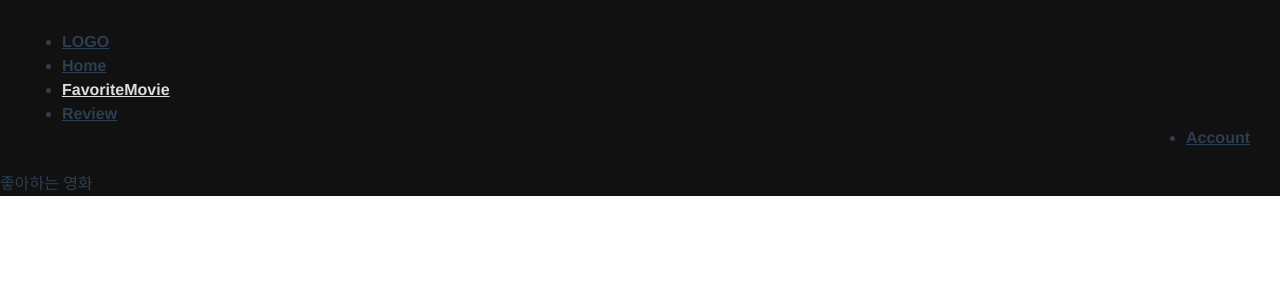
Repository: chomyoenggeun/linkedmovie
Page: /favorite-movie (app in front/)
An editor plug-in stored every save of this project. The page is shown before and after a run of saves, followed by the edit.
The browser window is 1280 px wide. The pictures show the whole page.
The project was rebuilt for these pictures with package versions that can differ from the ones it lists, and the page was loaded fresh each time. Also part of the build but not shown: front/vue.config.js, front/src/components/MovieCard.vue, front/src/views/Home.vue, front/src/views/accounts/Account.vue, front/src/views/accounts/Login.vue, front/src/views/accounts/Signup.vue, front/src/views/Mypage.vue, front/src/components/DmovieReviewItem.vue and 10 more.

Above is the page before, as saved 2021-11-24 05:17:08.

### front/src/main.js
import Vue from 'vue'
import App from './App.vue'
import router from './router'
import store from './store'
import vuetify from './plugins/vuetify'
import BootstrapVue from 'bootstrap-vue'
import 'bootstrap/dist/css/bootstrap.min.css'
import 'bootstrap-vue/dist/bootstrap-vue.css'

Vue.use(BootstrapVue)
Vue.config.productionTip = false

new Vue({
  router,
  store,
  vuetify,
  render: h => h(App)
}).$mount('#app')

### front/src/App.vue
<template>
  <div id="app">
    <div id="nav">
      <ul class="horizontal">
        <li><router-link class="active" to="/home">LOGO</router-link></li>
        <li><router-link class="active" to="/home">Home</router-link></li>
        <li><router-link class="active" to="/favorite-movie">FavoriteMovie</router-link></li>
        <li><router-link class="active" to="/review">Review</router-link></li>
        <li v-if="isLogin" class="rightli" style="float:right"><router-link class="menubt_right" to="/mypage"
        >Mypage</router-link></li>
        <li v-else class="rightli" style="float:right"><router-link class="menubt" to="/account">Account</router-link></li>
      </ul>
    </div>
    <router-view
    @login="isLogin=true"/>
  </div>
</template>

<script>
export default {
  name : 'App',
    data: function(){
    return {
      isLogin: false,
    }
  },
  created : function(){
    const token = localStorage.getItem('jwt')
    if(token){
      this.isLogin = true
    }
  },
  methods : {
    checkLogin: function(loginState){
      this.isLogin = loginState
    }
  }

}
</script>

<style>
#app {
  font-family: Avenir, Helvetica, Arial, sans-serif;
  -webkit-font-smoothing: antialiased;
  -moz-osx-font-smoothing: grayscale;
  /* text-align: center; */
  color: #2c3e50;
  background: #111111;
}

#nav {
  padding: 30px;
}

#nav a {
  font-weight: bold;
  color: #2c3e50;
}
/* .menubt{
  padding : 20px;
  background: #255ca3;
  list-style:none;
} */
.menubt:hover{
  background:#255ca3; margin:auto; position:relative; display:box;
}
.menubt_rigth{
  text-align: right;
}

#nav a.router-link-exact-active {
  color: #dddddd;
}

</style>

### front/src/router/index.js
import Vue from 'vue'
import VueRouter from 'vue-router'
import Home from '../views/Home.vue'
import Account from '../views/accounts/Account.vue'
import Login from '../views/accounts/Login.vue'
import Signup from '../views/accounts/Signup.vue'
import FavoriteMovie from '../views/FavoriteMovie.vue'
import Mypage from '../views/Mypage.vue'
import Movie from '../components/Movie.vue'
import Review from '../views/Review.vue'
import MovieReviewForm from '../components/MovieReviewForm.vue'
import MovieReviewCommunity from '../components/MovieReviewCommunity.vue'
// import MovieReviewCreate from '../components/MovieReviewCreate.vue'

Vue.use(VueRouter)

const routes = [
  {
    path: '/home',
    name: 'Home',
    component: Home
  },
  {
    path: '/favorite-movie',
    name: 'FavoriteMovie',
    component : FavoriteMovie
  },
  /////////////////////////////////
  //account//
  {
    path: '/account',
    name: 'Account',
    component : Account,
  },
  {
    path: '/account/login',
    name: 'Login',
    component : Login,
  },
  {
    path: '/account/signup',
    name: 'Signup',
    component : Signup,
  },
  //account//
  /////////////////////////////////
  {
    path: '/mypage',
    name: 'Mypage',
    component : Mypage,
  },
  {
    path: '/home/movie/:movieId',
    name: 'Movie',
    component : Movie
  },
///////////////////////////////////////////////////
//////////리뷰작성///////////
  {
    path: '/review',
    name: 'Review',
    component : Review
  },
  {
    path: '/review/create',
    name: 'MovieReviewForm',
    component : MovieReviewForm
  },
  {
    path: '/review/detail/:reviewId',
    name: 'MovieReviewCommunity',
    component: MovieReviewCommunity
  }
  ////////////////////////////////////////////////////////
  // {
  //   path: '/movie-review-create',
  //   name: 'MovieReviewCreate',
  //   component : MovieReviewCreate
  // },

]

const router = new VueRouter({
  mode: 'history',
  base: process.env.BASE_URL,
  routes
})

export default router

### front/src/store/index.js
import Vue from 'vue'
import Vuex from 'vuex'
import axios from 'axios'
import router from '../router'

Vue.use(Vuex)

export default new Vuex.Store({
  state: {
    movieCards: [],
    carosalCards : [],
    loginState : false,
    loginjwt : null,
    reviews: [],
    user : null,
    comments : [],
    moviereviews: [],
  },
  mutations: {
    // GET_LOGIN_USER: function(state,res){
    //   state.user = res

    // },
    LOAD_MOVIE_CARDS:function(state, results){
      state.movieCards = results
    },
    GET_REVIEWS:function(state, res){
      state.reviews = res
      // console.log(state.reviews)
    },
    GET_MOVIE_REVIEWS : function(state,res){
      state.moviereviews = res
    },
    CREATE_REVIEWS : function(state, res){
      state.reviews.push(res)
      // console.log(state.reviews)
    },
    UPDATE_REVIEW : function(state,reviewItem){
      state.reviews = state.reviews.map((review) => {
        if (review === reviewItem){
          return { ...review,
            title: reviewItem.titie,
            content: reviewItem.content,
            rank: reviewItem.rank
          }
        }
        return review
      })
    },
    DELETE_REVIEW : function(state, reviewItem){
      const index = state.reviews.indexOf(reviewItem)
      state.reviews.splice(index,1)
    },
    GET_COMMENTS : function(state,res){
      state.comments = res
    },
    CREATE_COMMENT : function(state, res){
      state.comments.push(res)
    },
    DELETE_COMMENT : function(state,commentItem){
      const index = state.comments.indexOf(commentItem)
      state.comments.splice(index, 1)
    }
  },
  actions: {
    // getLoginUser: function({commit},token){
    //   axios({
    //     method: 'get',
    //     url:'http://123.0.01:8000/account/api-token-auth/',
    //     headers: token,
    //   })
    //     .then(res =>{
    //       console.log(res)
    //       commit('GET_LOGIN_USER')
    //     })
    // },
    // 로그인 정보 보내기
    // Login: function(context){
    //   axios({
    //     method: 'post',
    //     url: 'http://127.0.0.1:8000/accounts/signup/',
    //     data: this.credentials
    //   })
    //     .then(()=>{
    //       console.log(context)
    //       context.commit('LOGIN',context)
    //       this.$router.push({name: 'Login'})
    //     })
    //     .catch(err =>{
    //       console.log(err)
    //     })
    // },
    // 영화 불러오기
    LoadMovieCards: function({commit},token){
      axios({
        method: 'get',
        url: 'http://127.0.0.1:8000/movies/',
        headers: token,
      })
        .then(res => {
          console.log(res.data)
          commit('LOAD_MOVIE_CARDS',res.data)
        })
    },
    LoadGenreData : function({commit},token){
      axios({
        method: 'get',
        url:`http://127.0.0.1:8000/movies/genres/`,
        headers: token,
      })
        .then(res =>{
          console.log(res.data)
          commit('LOAD_GENRE_DATA',res.data)
        })
    },
    // LikeMovie:function({commit},token){
    //   axios({
    //     method: 'put',
    //     url: 'http://127.0.0.1:8000/movies/',
    //     headers: token,
    //   })
    // },
    getReviews: function({commit},token){
      axios({
        method: 'get',
        url: `http://127.0.0.1:8000/community/`,
        headers: token,
      })
        .then(res => {
          // console.log(res.data)
          commit('GET_REVIEWS',res.data)
        })
        .catch(err => {
          console.log(err)
        })
    },
    createReviews: function({commit},object){
      axios({
        method: 'post',
        url:'http://127.0.0.1:8000/community/',
        headers: object.token,
        data: object.reviewItem,
      })
        .then(res => {
          console.log(res)
          commit('CREATE_REVIEWS')
          router.push({ name:'Review' })
          router.go()
        })
        .catch(err => {
          console.log(err)
        })
    },
    updateReview: function({commit},object){
      axios({
        method: 'PUT',
        url:`http://127.0.0.1:8000/community/${object.review_id}/`,
        data:object.reviewItem,
        headers: object.token
      })
        .then(() => {
          commit('UPDATE_REVIEW')
        })
        .catch(err => {
          console.log(err)
        })
    },
    deleteReview({commit},object){
      axios({
        method: 'DELETE',
        url:`http://127.0.0.1:8000/community/${object.review_id}/`,
        headers: object.token,

      })
        .then(res=>{
          console.log(res)
          commit('DELETE_REVIEW')
        })
        .catch(err =>{
          console.log(err)
        })
    },
    getComments({commit},object){
      axios({
        method: 'GET',
        url:`http://127.0.0.1:8000/community/${object.review_id}/comments/`,
        headers: object.token,

      })
        .then((res) => {
          // console.log(object.review_id)
          // console.log(res)
          commit('GET_COMMENTS',res.data)
        })
        .catch(err => {
          console.log(err)
        })
    },
    createComment({commit},object){
      axios({
        method: 'POST',
        url:`http://127.0.0.1:8000/community/${object.review_id}/comments/`,
        data: object.commentItem,
        headers: object.token,
      })
        .then((res) =>{
          commit('CREATE_COMMENT', res.data)
        })
        .catch(err =>{
          console.log(err)
        })
    },
    deleteComment({commit},object){
      axios({
        method:'DELETE',
        url: `http://127.0.0.1:8000/community/comments/${object.comment_id}/`,
        headers: object.token
      })
        .then((res)=>{
          console.log(res)
          commit('DELETE_COMMENT',res.data)
          router.go()
        })
        .catch(err =>{
          console.log(err)
        })
    },
    getMovieReviews({commit},object){
      axios({
        method: 'GET',
        url:`http://127.0.0.1:8000/movies/moviereviews/`,
        headers: object.token,
      })
        .then((res) => {
          // console.log(object.review_id)
          // console.log(res)
          commit('GET_MOVIE_REVIEWS',res.data)
        })
        .catch(err => {
          console.log(err)
        })
    }
  },

  modules: {
  }
})

### front/src/views/FavoriteMovie.vue
<template>
  <div>
    <div>좋아하는 영화</div>
  </div>
</template>

<script>
export default {

}
</script>

<style>

</style>

Loaded but not shown: front/public/index.html (common file); front/src/plugins/vuetify.js (common file)

After the next 2 saves:
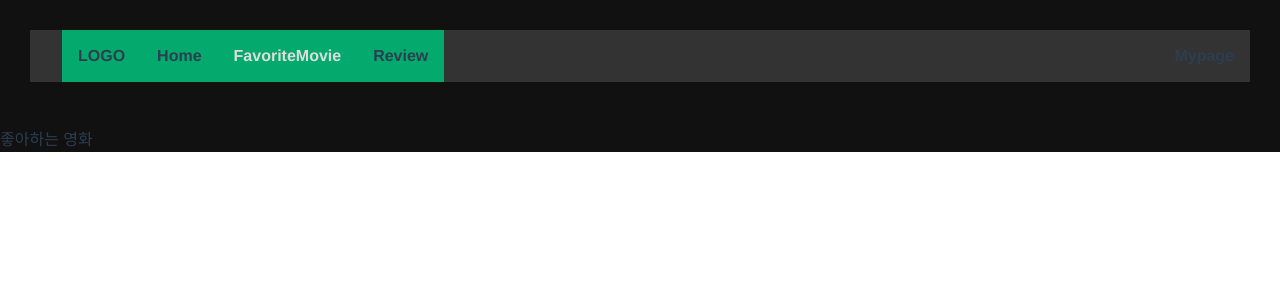
The 2 saves are shown as one change because 1 did not build or start.
The last was saved 83 s later.
--- a/front/src/App.vue
+++ b/front/src/App.vue
@@ -8,7 +8,8 @@
         <li><router-link class="active" to="/review">Review</router-link></li>
         <li v-if="isLogin" class="rightli" style="float:right"><router-link class="menubt_right" to="/mypage"
         >Mypage</router-link></li>
-        <li v-else class="rightli" style="float:right"><router-link class="menubt" to="/account">Account</router-link></li>
+        <li v-else class="rightli" style="float:right"><router-link class="menubt_right" to="/mypage"
+        >Mypage</router-link></li>
       </ul>
     </div>
     <router-view
@@ -72,5 +73,31 @@ export default {
 #nav a.router-link-exact-active {
   color: #dddddd;
 }
+ul {
+  list-style-type: none;
+  margin: 0;
+  padding: 0;
+  overflow: hidden;
+  background-color: #333;
+}
 
+li {
+  float: left;
+}
+
+li a {
+  display: block;
+  color: white;
+  text-align: center;
+  padding: 14px 16px;
+  text-decoration: none;
+}
+
+li a:hover:not(.active) {
+  background-color: #111;
+}
+
+.active {
+  background-color: #04AA6D;
+}
 </style>
